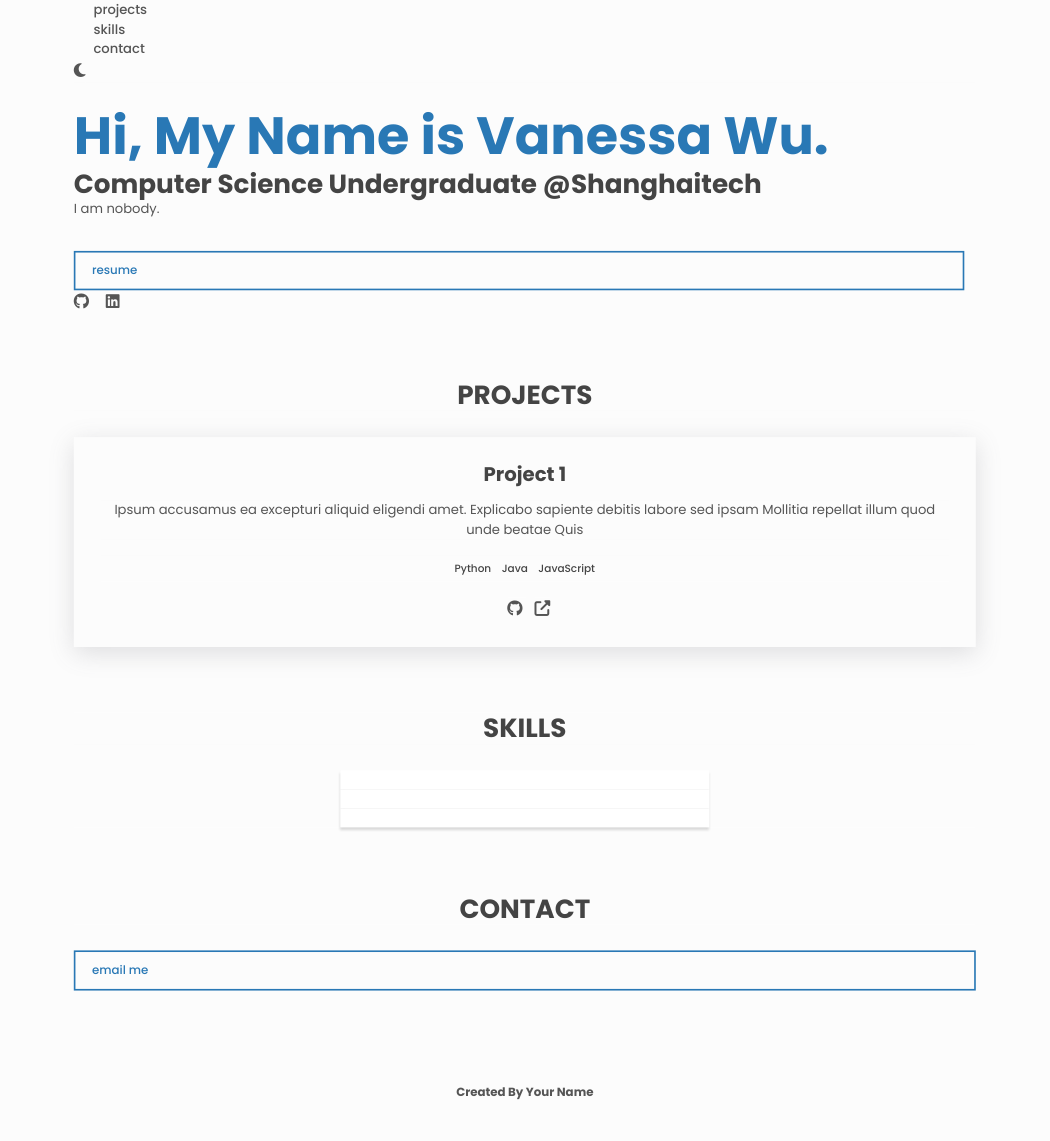
Repository: indiansummer1022/Cubstart
Page: Web Track/hw1/index.html
The author's editor kept a copy of each file at every save. The page is drawn from the files as they stood at one save, then again after the next save.
The browser window is 1280 px wide. The pictures show the whole page, at 82% of full size.
Some web libraries are served in a nearby version.

Above is the page before, as saved 2022-02-15 21:13:47.

### Web Track/hw1/index.html
<!DOCTYPE html>
<html lang="en">

<head>
  <meta charset="UTF-8" />
  <meta name="viewport" content="width=device-width, initial-scale=1" />
  <meta name="description" content="Portfolio" />
  <link rel="preconnect" href="https://fonts.googleapis.com" />
  <link rel="preconnect" href="https://fonts.gstatic.com" crossorigin />
  <link href="https://fonts.googleapis.com/css2?family=Poppins:wght@400;500;700&display=swap" rel="stylesheet" />
  <script src="https://kit.fontawesome.com/fa62c117c7.js" crossorigin="anonymous"></script>
  <!-- BEGIN PART 1 -->
  <link rel="stylesheet" href ="styles.css">
  <title>Vanessa Wu</title>
  <!-- END PART 1 -->
</head>

<body class="light" id="top">
  <header class="header center">
    <!-- BEGIN PART 2 -->
    <h3>
        <a href="index.html"></a>
    </h3>
    <!-- END PART 2 -->
    <nav class="nav center">
      <ul class="nav__list center">
        <li class="nav__list-item">
          <a class="link link--nav" href="#projects">Projects</a>
        </li>
        <li class="nav__list-item">
          <a class="link link--nav" href="#skills">Skills</a>
        </li>
        <li class="nav__list-item">
          <a class="link link--nav" href="#contact">Contact</a>
        </li>
      </ul>

      <!-- BEGIN PART 5 -->

      <button type="button" aria-label="toggle theme" class="btn btn--icon">
        <i id="btn-theme" class="fas fa-moon"></i>
      </button>

      <!--
        5.1: What does this button tag correspond to on the site?

        Corresponds to the moon icon on top left of the page which to change the light/ dark theme of the website.

      -->

      <button type="button" aria-label="toggle navigation" class="btn btn--icon nav__hamburger">
        <i class="fas fa-bars"></i>
      </button>

      <!--
        5.2: Try Ctrl-F in styles.css and look the class 'nav__hamburger'. You'll notice that it
        appears in 2 places. Why is one of the rules 'display: none' on one instance? How do you
        make it so that this button appears on screen?
        Hint: remember what @media (max-width: 600px) means.

        1. @media (max-width: 600px) is for mobile so hamburger is set to appear on the screen if it is the mobile version.
        The element is hidden if it is the desktop version. [referring: @hannahmcg]
        2. Change 'display: none' to flex so this button will appear.

      -->

      <!-- END PART 5 -->
    </nav>
  </header>

  <main>
    <div class="about center">
      <!-- BEGIN PART 6 -->
      <h1 class="about__name">
        Hi, My Name is Vanessa Wu.
      </h1>
      <h2 class="about_role">
        Computer Science Undergraduate @Shanghaitech
      </h2>
      <p class="about-desc">
        I am nobody.
      </p>
      <!-- END PART 6 -->
      <div class="about__contact center">
        <a href="https://example.com">
          <span class="btn btn--outline">Resume</span>
        </a>

        <a href="https://github.com/" aria-label="github" class="link link--icon">
          <i aria-hidden="true" class="fab fa-github"></i>
        </a>

        <a href="https://linkedin.com/in/" aria-label="linkedin" class="link link--icon">
          <i aria-hidden="true" class="fab fa-linkedin"></i>
        </a>
      </div>
    </div>
    <section id="projects" class="section projects">
      <h2 class="section__title">Projects</h2>
      <div class="projects__grid">
        <!-- BEGIN PART 8 -->
        <div class="project">
          <h3>Project 1</h3>
          <p class="project__description">
            Ipsum accusamus ea excepturi aliquid eligendi amet. Explicabo
            sapiente debitis labore sed ipsam Mollitia repellat illum quod
            unde beatae Quis
          </p>
          <ul class="project__stack">
            <li class="project__stack-item">Python</li>
            <li class="project__stack-item">Java</li>
            <li class="project__stack-item">JavaScript</li>
          </ul>

          <a href="https://github.com" aria-label="source code" class="link link--icon">
            <i aria-hidden="true" class="fab fa-github"></i>
          </a>
          <a href="https://example.com" aria-label="live preview" class="link link--icon">
            <i aria-hidden="true" class="fas fa-external-link-alt"></i>
          </a>
        </div>
        <!-- END PART 8 -->
      </div>
    </section>


    <section class="section skills" id="skills">
      <!-- BEGIN PART 10 -->
      <h2 class="section__title">Skills</h2>
      <ul class="skills__list">
        <li class="skills__list-item btn btn--plain"></li>
        <li class="skills__list-item btn btn--plain"></li>
        <li class="skills__list-item btn btn--plain"></li>
      </ul>
      <!-- END PART 10 -->
    </section>
    <section class="section contact center" id="contact">
      <h2 class="section__title">Contact</h2>
      <a href="mailto:youremail@gmail.com">
        <span class="btn btn--outline">Email me</span>
      </a>
    </section>
  </main>

  <footer class="footer">
    <!-- BEGIN PART 12 -->
    <a href="/" class="link footer__link">
      Created By Your Name
    </a>
    <!-- END PART 12 -->
  </footer>


  <div class="scroll-container">
    <div class="scroll-top">
      <a aria-label="Scroll up" href="#top">
        <i aria-hidden="true" class="fas fa-arrow-up"></i>
      </a>
    </div>
  </div>
  <script src="./script.js"></script>
</body>

</html>

### Web Track/hw1/styles.css
/*===============
  global styles
===============*/

* {
  padding: 0;
  margin: 0;
  border: 0;
  outline: 0;
  background-color: inherit;
  color: inherit;
  font-family: inherit;
  font-size: inherit;
  box-shadow: none;
  box-sizing: border-box;
}

html {
  scroll-behavior: smooth;
}

body {
  font-family: "Poppins", sans-serif;
  line-height: 1.5;
  color: var(--clr-fg);
  background-color: var(--clr-bg);
}

.light {
  --clr-bg: #fcfcfc;
  --clr-bg-alt: #fff;
  --clr-fg: #555;
  --clr-fg-alt: #444;
  --clr-primary: #2978b5;
  --shadow: rgba(100, 100, 111, 0.2) 0px 7px 29px 0px;
}

.dark {
  --clr-bg: #23283e;
  --clr-bg-alt: #2a2f4c;
  --clr-fg: #bdbddd;
  --clr-fg-alt: #cdcdff;
  --clr-primary: #90a0d9;
  --shadow: rgba(0, 0, 0, 0.16) 0px 10px 36px 0px,
    rgba(0, 0, 0, 0.06) 0px 0px 0px 1px;
}

::-moz-selection {
  background: var(--clr-primary);
  color: var(--clr-bg);
}

::-webkit-selection,
::selection {
  background: var(--clr-primary);
  color: var(--clr-bg);
}

h1,
h2,
h3,
h4 {
  line-height: 1.2;
  color: var(--clr-fg-alt);
}

h1 {
  font-size: 4rem;
}

h2 {
  font-size: 2rem;
}

h3 {
  font-size: 1.5rem;
}

h4 {
  font-size: 1.3rem;
}

ul {
  list-style-type: none;
}

a {
  text-decoration: none;
}

button {
  cursor: pointer;
}

@media (max-width: 900px) {
  h1 {
    font-size: 2.6rem;
  }
}

/*===================
  buttons and links
===================*/

.link {
  color: var(--clr-primary);
  padding: 0 0 0.3em 0;
  position: relative;
}

.link:hover {
  color: var(--clr-primary);
}

/* BEGIN PART 4 */

.link::before {
  content: "";
  display: inline;
  width: 0%;
  height: 0.2em;
  position: absolute;
  bottom: 0;
  background-color: var(--clr-primary);
  /* transition: */
}

.link:hover::before,
.link:focus::before {
  width: 100%;
  transition: property width, duration 5s, timing-function ease-in;
}

/* END PART 4 */

.link--nav {
  color: var(--clr-fg);
  text-transform: lowercase;
  font-weight: 500;
}

.link--icon {
  color: var(--clr-fg);
  font-size: 1.2rem;
}

.btn {
  display: block;
  padding: 0.8em 1.4em;
  font-weight: 500;
  font-size: 0.9rem;
  text-transform: lowercase;
  transition: transform 0.2s ease-in-out;
}

.btn--outline {
  color: var(--clr-primary);
  border: 2px solid var(--clr-primary);
  position: relative;
  overflow: hidden;
  z-index: 1;
}

.btn--outline:focus,
.btn--outline:hover {
  color: var(--clr-bg);
}

.btn--outline:before {
  content: "";
  position: absolute;
  background-color: var(--clr-primary);
  right: 100%;
  bottom: 0;
  left: 0;
  top: 0;
  z-index: -1;
  transition: right 0.2s ease-in-out;
}

.btn--outline:hover::before,
.btn--outline:focus::before {
  right: 0;
}

.btn--plain {
  text-transform: initial;
  background-color: var(--clr-bg-alt);
  box-shadow: rgba(0, 0, 0, 0.15) 0px 3px 3px 0px;
  border: 0;
}

.btn--plain:hover {
  transform: translateY(-4px);
}

.btn--icon {
  padding: 0;
  font-size: 1.2rem;
}

.btn--icon:hover,
.btn--icon:focus {
  color: var(--clr-primary);
}

.btn--icon:active {
  transform: translateY(-5px);
}

/*========
  layout
========*/

/* BEGIN PART 3 */

.center {
  justify-content: center;
  flex-direction: column;
}

.header {
  height: 8em;
  max-width: 1100px;
  width: 95%;
  margin: 0 auto;
  /* justify-content: */
  justify-content: space-around;
}

/* END PART 3 */

main {
  max-width: 1100px;
  width: 95%;
  margin: 0 auto;
}

.section {
  margin-top: 5em;
}

.section__title {
  text-align: center;
  margin-bottom: 1em;
  text-transform: uppercase;
}

.nav__list {
  margin-right: 1.5em;
  display: flex;
}

.nav__list-item {
  margin-left: 1.5em;
}

.nav__hamburger {
  display: none;
  width: 1em;
}

/* BEGIN PART 7 */

.about {
}

/* END PART 7 */

.about__name {
  color: var(--clr-primary);
}

.about__role {
  margin-top: 1.2em;
}

.about__desc {
  font-size: 1rem;
  max-width: 600px;
}

.about__desc,
.about__contact {
  margin-top: 2.4em;
}

.about .link--icon {
  margin-right: 0.8em;
}

.about .btn--outline {
  margin-right: 1em;
}

/* BEGIN PART 9 */

.projects__grid {
  max-width: 1100px;
  margin: 0 auto;
  /* display: */
  /* grid-template-columns: */
  /* grid-gap: */
}

/* END PART 9 */

.project {
  padding: 2em;
  margin: 0 auto;
  text-align: center;
  box-shadow: var(--shadow);
  transition: transform 0.2s linear;
}

.project:hover {
  transform: translateY(-7px);
}

.project__description {
  margin-top: 1em;
}

.project__stack {
  display: flex;
  flex-wrap: wrap;
  justify-content: center;
  margin: 1.2em 0;
}

.project__stack-item {
  margin: 0.5em;
  font-weight: 500;
  font-size: 0.8rem;
  color: var(--clr-fg-alt);
}

.project .link--icon {
  margin-left: 0.5em;
}

/* BEGIN PART 11 */

.skills__list {
  max-width: 450px;
  width: 95%;
  margin: 0 auto;
  /* display: */
  /* flex-wrap: */
  /* justify-content: */
}

.skills__list-item {
}

/* END PART 11 */

.contact {
  flex-direction: column;
}

.footer {
  padding: 3em 0;
  margin-top: 4em;
  text-align: center;
}

.footer__link {
  font-size: 0.9rem;
  font-weight: 700;
  color: var(--clr-fg);
}

.scroll-top {
  display: none;
  position: fixed;
  bottom: 1em;
  right: 2em;
  background-color: transparent;
  font-size: 1.8rem;
  transition: transform 0.2s ease-in-out;
}

@media (max-width: 600px) {
  .header {
    height: 6em;
  }

  .section {
    margin-top: 4em;
  }

  .nav__list {
    flex-direction: column;
    padding: 4em 0;
    position: absolute;
    right: 0;
    left: 0;
    top: 5em;
    background-color: var(--clr-bg);
    width: 0;
    overflow: hidden;
    transition: width 0.2s ease-in-out;
  }

  .display-nav-list {
    width: 100%;
  }

  .nav__list-item {
    margin: 0.5em 0;
  }

  .nav__hamburger {
    display: flex;
    margin-left: 0.8em;
  }

  .about {
    align-items: flex-start;
    margin-top: 2em;
  }

  .footer {
    padding: 2em;
    margin-top: 3em;
  }

  .scroll-container {
    display: none;
  }
}

### Web Track/hw1/script.js
const body = document.body

const btnTheme = document.querySelector('.fa-moon')
const btnHamburger = document.querySelector('.fa-bars')

const addThemeClass = (bodyClass, btnClass) => {
  body.classList.add(bodyClass)
  btnTheme.classList.add(btnClass)
}

const getBodyTheme = localStorage.getItem('portfolio-theme')
const getBtnTheme = localStorage.getItem('portfolio-btn-theme')

addThemeClass(getBodyTheme, getBtnTheme)

const isDark = () => body.classList.contains('dark')

const setTheme = (bodyClass, btnClass) => {

	body.classList.remove(localStorage.getItem('portfolio-theme'))
	btnTheme.classList.remove(localStorage.getItem('portfolio-btn-theme'))

  addThemeClass(bodyClass, btnClass)

	localStorage.setItem('portfolio-theme', bodyClass)
	localStorage.setItem('portfolio-btn-theme', btnClass)
}

const toggleTheme = () =>
	isDark() ? setTheme('light', 'fa-moon') : setTheme('dark', 'fa-sun')

btnTheme.addEventListener('click', toggleTheme)

const displayList = () => {
	const navUl = document.querySelector('.nav__list')

	if (btnHamburger.classList.contains('fa-bars')) {
		btnHamburger.classList.remove('fa-bars')
		btnHamburger.classList.add('fa-times')
		navUl.classList.add('display-nav-list')
	} else {
		btnHamburger.classList.remove('fa-times')
		btnHamburger.classList.add('fa-bars')
		navUl.classList.remove('display-nav-list')
	}
}

btnHamburger.addEventListener('click', displayList)

const scrollUp = () => {
	const btnScrollTop = document.querySelector('.scroll-top')

	if (
		body.scrollTop > 500 ||
		document.documentElement.scrollTop > 500
	) {
		btnScrollTop.style.display = 'block'
	} else {
		btnScrollTop.style.display = 'none'
	}
}

document.addEventListener('scroll', scrollUp)

After the next save:
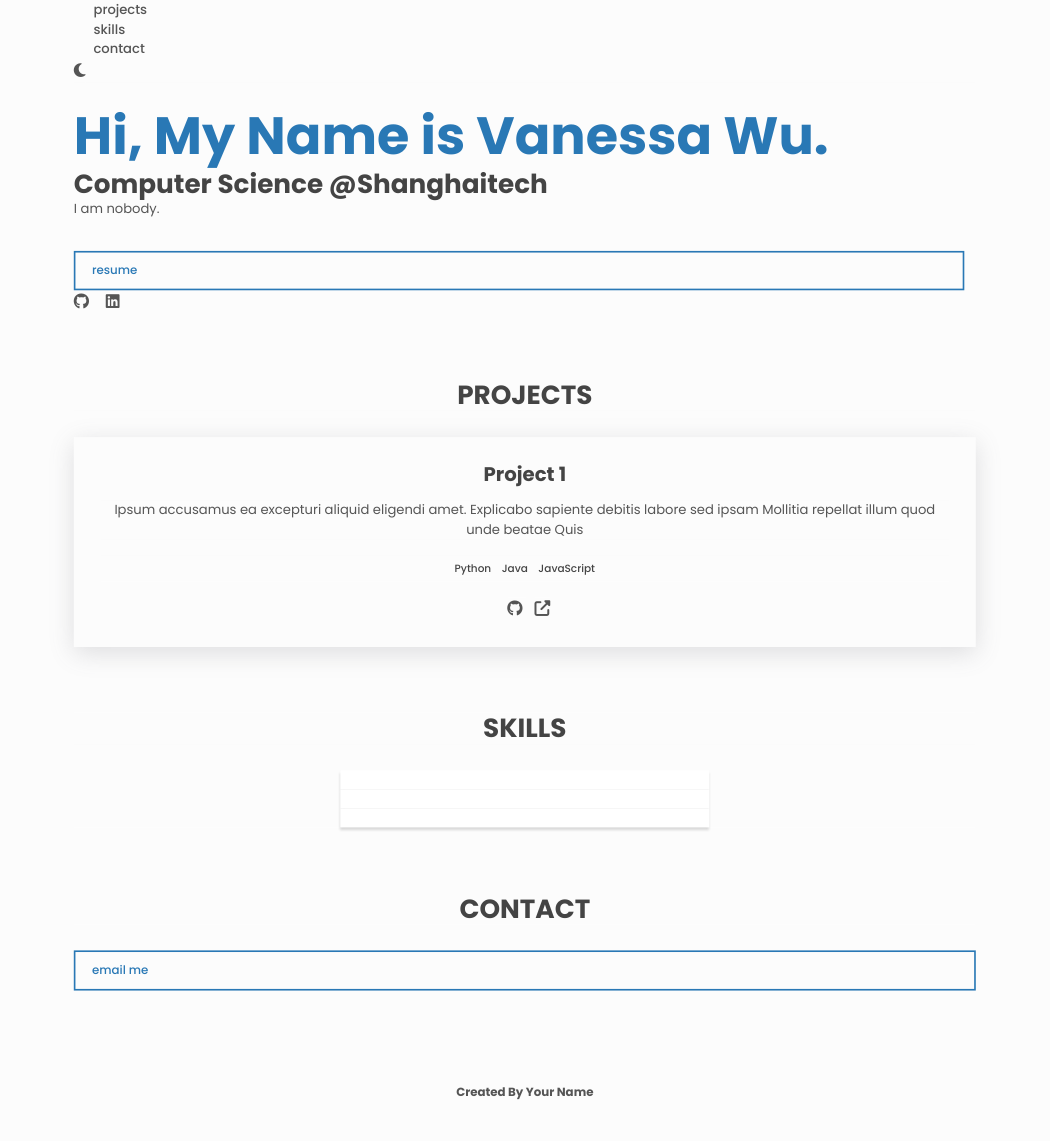
Saved 58 s later.
--- a/Web Track/hw1/index.html
+++ b/Web Track/hw1/index.html
@@ -75,7 +75,7 @@
         Hi, My Name is Vanessa Wu.
       </h1>
       <h2 class="about_role">
-        Computer Science Undergraduate @Shanghaitech
+        Computer Science @Shanghaitech
       </h2>
       <p class="about-desc">
         I am nobody.
